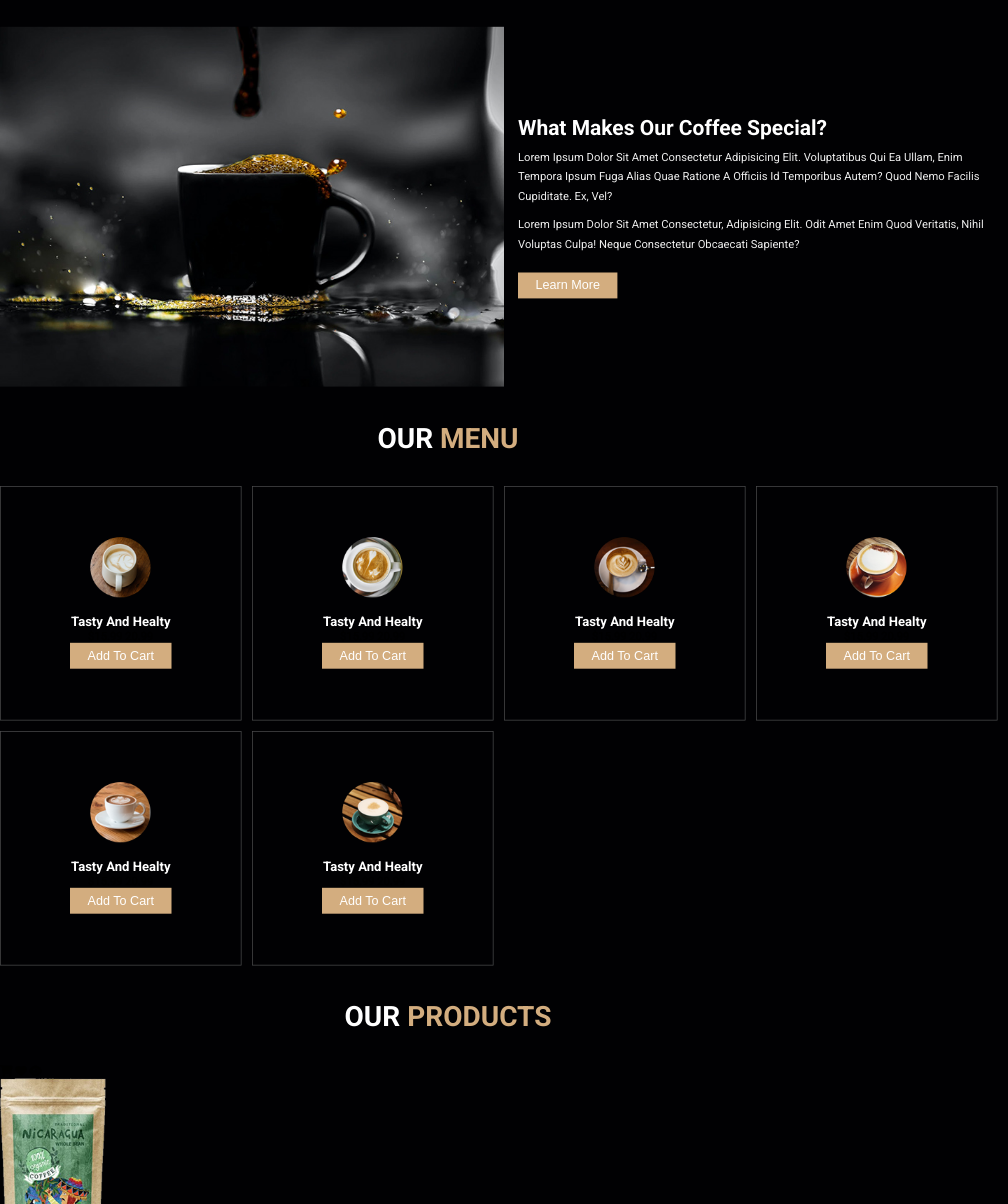
Repository: Dinhthai303/DinhThai
Page: index.html
The author's editor kept a copy of each file at every save. The page is drawn from the files as they stood at one save, then again after the next save.
The browser window is 1280 px wide. The page is 1440 px wide, so the pictures cover 1440 px, including what lies to the right of the window. The pictures show the part of the page from y = 1046 to 2766 px (the page is 2846 px tall), at 70% of full size.

Above is the page before, as saved 2021-11-28 00:47:00.

### index.html
<!DOCTYPE html>
<html lang="en">

<head>
    <meta charset="UTF-8">
    <meta http-equiv="X-UA-Compatible" content="IE=edge">
    <meta name="viewport" content="width=device-width, initial-scale=1.0">
    <title>Document</title>
    <!-- FONT AWESOME -->
    <link rel="stylesheet" href="https://cdnjs.cloudflare.com/ajax/libs/font-awesome/6.0.0-beta3/css/all.min.css"
        integrity="sha512-Fo3rlrZj/k7ujTnHg4CGR2D7kSs0v4LLanw2qksYuRlEzO+tcaEPQogQ0KaoGN26/zrn20ImR1DfuLWnOo7aBA=="
        crossorigin="anonymous" referrerpolicy="no-referrer" />
    <!-- GOOLE FONT -->
    <link rel="preconnect" href="https://fonts.googleapis.com">
    <link rel="preconnect" href="https://fonts.gstatic.com" crossorigin>
    <link href="https://fonts.googleapis.com/css2?family=Roboto:wght@300;400;500;700&display=swap" rel="stylesheet">
    <!-- MAIN CSS -->
    <link rel="stylesheet" href="./css/style.css">
</head>

<body>
    <header class="header">
        <div class="container">
            <div class="header__content">
                <div class="header__logo">
                    <img src="./images/logo.png" alt="">
                </div>
                <ul class="header__menu">
                    <li class="header__item"><a class="header__link" href="#">Home</a></li>
                    <li class="header__item"><a class="header__link" href="#">About</a></li>
                    <li class="header__item"><a class="header__link" href="#">Menu</a></li>
                    <li class="header__item"><a class="header__link" href="#">Product</a></li>
                    <li class="header__item"><a class="header__link" href="#">Review</a></li>
                    <li class="header__item"><a class="header__link" href="#">Contact</a></li>
                    <li class="header__item"><a class="header__link" href="#">Blog</a></li>
                </ul>
                <div class="header__icon">
                    <i class="fa fa-search"></i>
                    <i class="fa fa-shopping-cart"></i>
                </div>
            </div>
        </div>
    </header>
    <section class="banner">
        <div class="banner__content">
            <img class="banner__image" src="./images/home-img.jpeg" alt="">
            <div class="banner__text">
                <h3 class="banner__title">FRESH COFFEE IN THE MORNING</h3>
                <p class="banner__desc">Lorem Ipsum, Dolor Sit Amet Consectetur Adipisicing Elit. Placeat Labore, Sint
                    Cupiditate Distinctio Tempora Reiciendis.</p>
                <button class="btn">Get Your now</button>
            </div>
        </div>
    </section>
    <section class="about">
        <h2 class="heading">About <span>us</span></h2>
        <div class="container">
            <div class="about__content">
                <div class="about__left">
                    <img class="about__image" src="./images/about-img.jpeg" alt="">
                </div>
                <div class="about__right">
                    <div class="about__text">
                        <h2 class="about__title">What Makes Our Coffee Special?</h2>
                        <p class="about__desc">Lorem Ipsum Dolor Sit Amet Consectetur Adipisicing Elit. Voluptatibus Qui
                            Ea Ullam, Enim Tempora Ipsum Fuga Alias Quae Ratione A Officiis Id Temporibus Autem? Quod
                            Nemo Facilis Cupiditate. Ex, Vel?</p>
                        <p class="about__desc">Lorem Ipsum Dolor Sit Amet Consectetur, Adipisicing Elit. Odit Amet Enim
                            Quod Veritatis, Nihil Voluptas Culpa! Neque Consectetur Obcaecati Sapiente?</p>
                        <button class="btn about__button">Learn More</button>
                    </div>
                </div>
            </div>
        </div>
    </section>
    <section class="menu">
        <h2 class="heading"><span>our</span> menu</h2>
        <div class="container">
            <div class="menu__content">
                <div class="menu__item">
                    <div class="menu__text">
                        <img src="./images/menu-1.png" alt="" class="menu__img">
                        <h3 class="menu__title">Tasty And Healty
                        </h3>
                        <div class="menu__price">$15.99 <span class="menu__price--old">20.99</span></div>
                        <button class="btn menu__button">Add To Cart</button>
                    </div>
                </div>
                <div class="menu__item">
                    <div class="menu__text">
                        <img src="./images/menu-2.png" alt="" class="menu__img">
                        <h3 class="menu__title">Tasty And Healty
                        </h3>
                        <div class="menu__price">$15.99 <span class="menu__price--old">20.99</span></div>
                        <button class="btn menu__button">Add To Cart</button>
                    </div>
                </div>
                <div class="menu__item">
                    <div class="menu__text">
                        <img src="./images/menu-3.png" alt="" class="menu__img">
                        <h3 class="menu__title">Tasty And Healty
                        </h3>
                        <div class="menu__price">$15.99 <span class="menu__price--old">20.99</span></div>
                        <button class="btn menu__button">Add To Cart</button>
                    </div>
                </div>
                <div class="menu__item">
                    <div class="menu__text">
                        <img src="./images/menu-4.png" alt="" class="menu__img">
                        <h3 class="menu__title">Tasty And Healty
                        </h3>
                        <div class="menu__price">$15.99 <span class="menu__price--old">20.99</span></div>
                        <button class="btn menu__button">Add To Cart</button>
                    </div>
                </div>
                <div class="menu__item">
                    <div class="menu__text">
                        <img src="./images/menu-5.png" alt="" class="menu__img">
                        <h3 class="menu__title">Tasty And Healty
                        </h3>
                        <div class="menu__price">$15.99 <span class="menu__price--old">20.99</span></div>
                        <button class="btn menu__button">Add To Cart</button>
                    </div>
                </div>
                <div class="menu__item">
                    <div class="menu__text">
                        <img src="./images/menu-6.png" alt="" class="menu__img">
                        <h3 class="menu__title">Tasty And Healty
                        </h3>
                        <div class="menu__price">$15.99 <span class="menu__price--old">20.99</span></div>
                        <button class="btn menu__button">Add To Cart</button>
                    </div>
                </div>
            </div>
        </div>
    </section>
    <section class="products">
        <h2 class="heading"><span>OUR</span> PRODUCTS</h2>
        <div class="container">
            <div class="products__content">
                <div class="products__item">
                    <div class="products__social">
                        <i class="fa fa-shopping-cart"></i>
                        <i class="fa fa-heart"></i>
                        <i class="fa fa-eye"></i>
                    </div>
                    <div class="products__img">
                        <img src="./images/product-1.png" alt="">
                    </div>
                    <div class="products__star">
                        <i class="fa fa-star"></i>
                        <i class="fa fa-star"></i>
                        <i class="fa fa-star"></i>
                        <i class="fa fa-star"></i>
                        <i class="fa fa-star-half-alt"></i>
                    </div>
                </div>
            </div>
        </div>
    </section>
    <section class="review"></section>
    <section class="contact"></section>
    <section class="blog"></section>
    <footer class="footer"></footer>
</body>

</html>

### css/style.css
*{
    margin: 0;
    padding: 0;
    box-sizing: border-box;
}
body{
    font-family: 'Roboto', sans-serif;
    background-color: #010103;
    font-weight: 400;
}
.heading{
    color: #D3AD7F;
    text-transform: uppercase;
    font-size: 40px;
    text-align: center;
    margin-bottom: 45px;
    margin-top: 50px;
}
.heading span{
    color: white;
}
.container{
    width: 1440px;
    margin: 0 auto;
}
.header{
    background-color: #010103;
    border-bottom: 1px solid #4D4E4F;
}
.header__content{
    display: flex;
    justify-content: space-between;
    align-items: center;
    background-color: #010103;
    padding: 15px 0;
}
.header__menu{
    display: flex;
    list-style: none;
    gap: 20px;
}
.header__item:hover .header__link{
    color: #D3AD7F;
}
.header__item:hover .header__link::after{
    opacity: 1;
    transform: translateY(7px);
}
.header__link::after{
    content: "";
    width: 100%;
    height: 2px;
    position: absolute;
    left: 0;
    bottom: 0;
    background-color: #D3AD7F;
    transition: all .5s;
    opacity: 0;
}
.header__link{
    position: relative;
    color: white;
    text-decoration: none;
}
.header__icon i{
    color: white;
    font-size: 23px;
    margin: 0 10px;
    cursor: pointer;
}
.header__icon i:hover{
    color: #D3AD7F;
}
.header__logo img{
    width: 70px;
}
.banner__content{
    position: relative;
    width: 100%;
    height: 850px;
}
.banner__image{
    width: 100%;
    height: 100%;
    object-fit: cover;
}
.banner__text{
    position: absolute;
    top: 50%;
    left: 120px;
    transform: translateY(-50%);
    width: 570px;
}
.banner__title{
    font-size: 58px;
    color: white;
}
.banner__desc{
    font-size: 20px;
    color: rgb(238, 238, 238);
    font-weight: lighter;
    line-height: 1.8;
    margin: 20px 0;
}
.btn{
    background-color: #D3AD7F;
    border: none;
    color: white;
    padding: 8px 25px;
    font-size: 18px;
}

.about__image{
    width: 100%;
    display: block;
}
.about__left, .about__right{
    width: 50%;
}
.about__content{
    display: flex;
}
.about__title{
    color: white;
    font-size: 30px;
}
.about__right{
    display: flex;
    align-items: center;
}
.about__desc{
    color: rgb(238, 238, 238);
    margin-top: 10px;
    line-height: 1.8;
}
.about__button{
    margin-top: 25px;
}
.about__text{
    margin-left: 20px;
}
.menu__content{
    display: flex;
    flex-wrap: wrap;
    gap: 15px;
}
.menu__item{
    width: calc(25% - 15px);
    border: 1px solid #4D4E4F;
    height: 335px;
    text-align: center;
    display: flex;
    justify-content: center;
    align-items: center;
}
.menu__title{
    color: white;
    margin-top: 20px;
}
.price{
    color: white;
    font-size: 25px;
    margin: 20px 0;
}
.old{
    color: rgb(238, 238, 238);
    text-decoration: line-through;
    font-size: 15px;
}

After the next save:
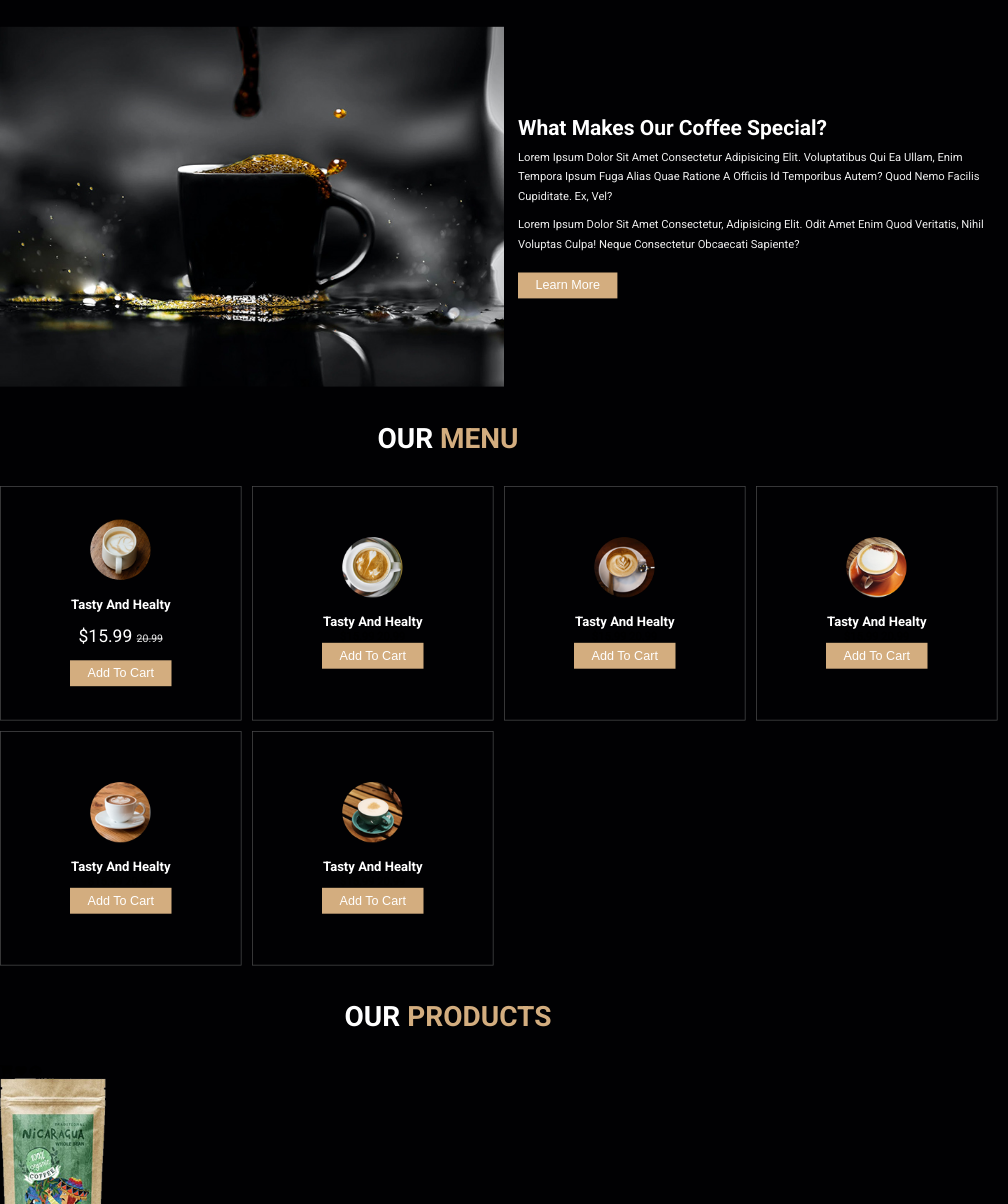
Saved 5 s later.
--- a/index.html
+++ b/index.html
@@ -82,7 +82,7 @@
                         <img src="./images/menu-1.png" alt="" class="menu__img">
                         <h3 class="menu__title">Tasty And Healty
                         </h3>
-                        <div class="menu__price">$15.99 <span class="menu__price--old">20.99</span></div>
+                        <div class="menu__price price">$15.99 <span class="menu__price--old old">20.99</span></div>
                         <button class="btn menu__button">Add To Cart</button>
                     </div>
                 </div>
